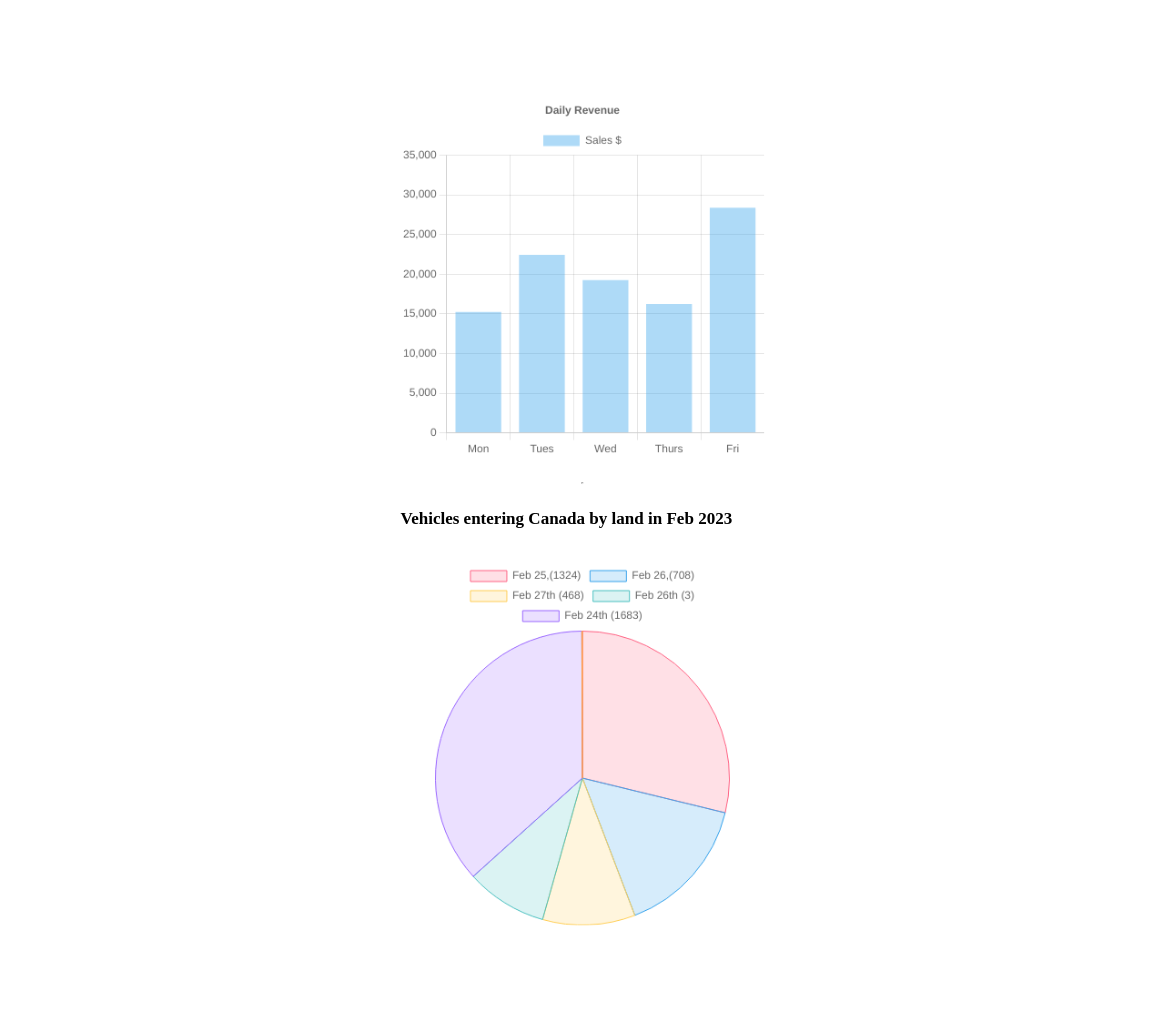
Repository: anoncoderin/dcd-charts-11week
Page: /
These files come from the project's save history. The page is drawn as it stood at one moment and after a run of saves; the edit follows.
The browser window is 1280 px wide. The pictures show the whole page, at 91% of full size.
The project was rebuilt for these pictures with package versions that can differ from the ones it lists, and the page was loaded fresh each time. The framework's server and built-in components were replaced by stand-ins that run in the browser. Also part of the build but not shown: next.config.js.

Above is the page before, as saved 2023-03-24 23:13:31.

### pages/index.js
import Head from 'next/head'
import Image from 'next/image'
import styles from '@/styles/Home.module.css'
import BarChart from '@/components/BarChart'
import PieChart from '@/components/PieChart'

export default function Home() {
  return (
    <>
      <Head>
        <title>Create Next App</title>
        <meta name="description" content="Generated by create next app" />
        <meta name="viewport" content="width=device-width, initial-scale=1" />
        <link rel="icon" href="/favicon.ico" />
      </Head>
      <main className={styles.main}>
        <BarChart/>
        <br></br>
        <hr></hr>
      <div>
        <h3>Vehicles entering Canada by land in Feb 2023</h3>
        <br></br>
        <PieChart/>
        </div>
      </main>
    </>
  )
}

### components/BarChart/index.js
import { useState, useEffect } from "react"
import styles from './BarChart.module.css'

import { Bar } from 'react-chartjs-2';
import {
    Chart as ChartJS,
    CategoryScale,
    LinearScale,
    BarElement,
    Title,
    Tooltip,
    Legend
} from 'chart.js'

ChartJS.register(
    CategoryScale,
    LinearScale,
    BarElement,
    Title,
    Tooltip,
    Legend
)

export default function BarChart() {

    const [chartData, setChartData] = useState({
        datasets: []
    })

    const [chartOptions, setChartOptions] = useState({})

    useEffect(() => {
        setChartData({
            labels: ['Mon', 'Tues', 'Wed', 'Thurs', 'Fri' ],
            datasets: [
                {
                    label: 'Sales $',
                    data: [15234, 22432, 19245, 16243, 28356, 14235, 31000],
                    borderColor: 'rgb(53, 162, 235)',
                    backgroundColor: 'rgb(53, 162, 235, 0.4)'
                }
            ]
        })

        setChartOptions({
            plugins: {
                legend: {
                    position: 'top'
                },
                title: {
                    display: true,
                    text: "Daily Revenue"
                }
            },
            maintainAspectRatio: false,
            responsive: true
        })
    }, [])

    return(
        <>
            <div className={styles.container}>
                <Bar data={chartData} options={chartOptions}/>
            </div>
        </>
    )
}

### components/PieChart/index.js
import { useState, useEffect } from "react";
import styles from "./PieChart.module.css";

import { Pie } from "react-chartjs-2";
import {
    Chart as ChartJS,
    ArcElement,
    Tooltip,
    Legend }
    from "chart.js";

ChartJS.register(ArcElement,
    Tooltip,
    Legend)


export default function PieChart() {
const data = {
  labels: ["Feb 25,(1324)", "Feb 26,(708)", "Feb 27th (468)", "Feb 26th (3)", "Feb 24th (1683)"],
  datasets: [
    {
      label: "# of Votes",
      data: [1324, 708, 468, 412, 1683, 3],
      backgroundColor: [
        "rgba(255, 99, 132, 0.2)",
        "rgba(54, 162, 235, 0.2)",
        "rgba(255, 206, 86, 0.2)",
        "rgba(75, 192, 192, 0.2)",
        "rgba(153, 102, 255, 0.2)",
        "rgba(255, 159, 64, 0.2)",
      ],
      borderColor: [
        "rgba(255, 99, 132, 1)",
        "rgba(54, 162, 235, 1)",
        "rgba(255, 206, 86, 1)",
        "rgba(75, 192, 192, 1)",
        "rgba(153, 102, 255, 1)",
        "rgba(255, 159, 64, 1)",
      ],
      borderWidth: 1,
    },
  ],
};


return(
    <>
        <div className={styles.container}>
            <Pie data= {data}/>
        </div>
    </>
)
}

### components/BarChart/BarChart.module.css
.container {
    width: 400px;
    height: 400px;
}

### components/PieChart/PieChart.module.css
.container {
    width: 400px;
    height: 400px;
}

Loaded but not shown: pages/_app.js (common file); pages/_document.js (common file); styles/Home.module.css (common file); styles/globals.css (no stored copy; drawn as an empty file)

After the next 2 saves:
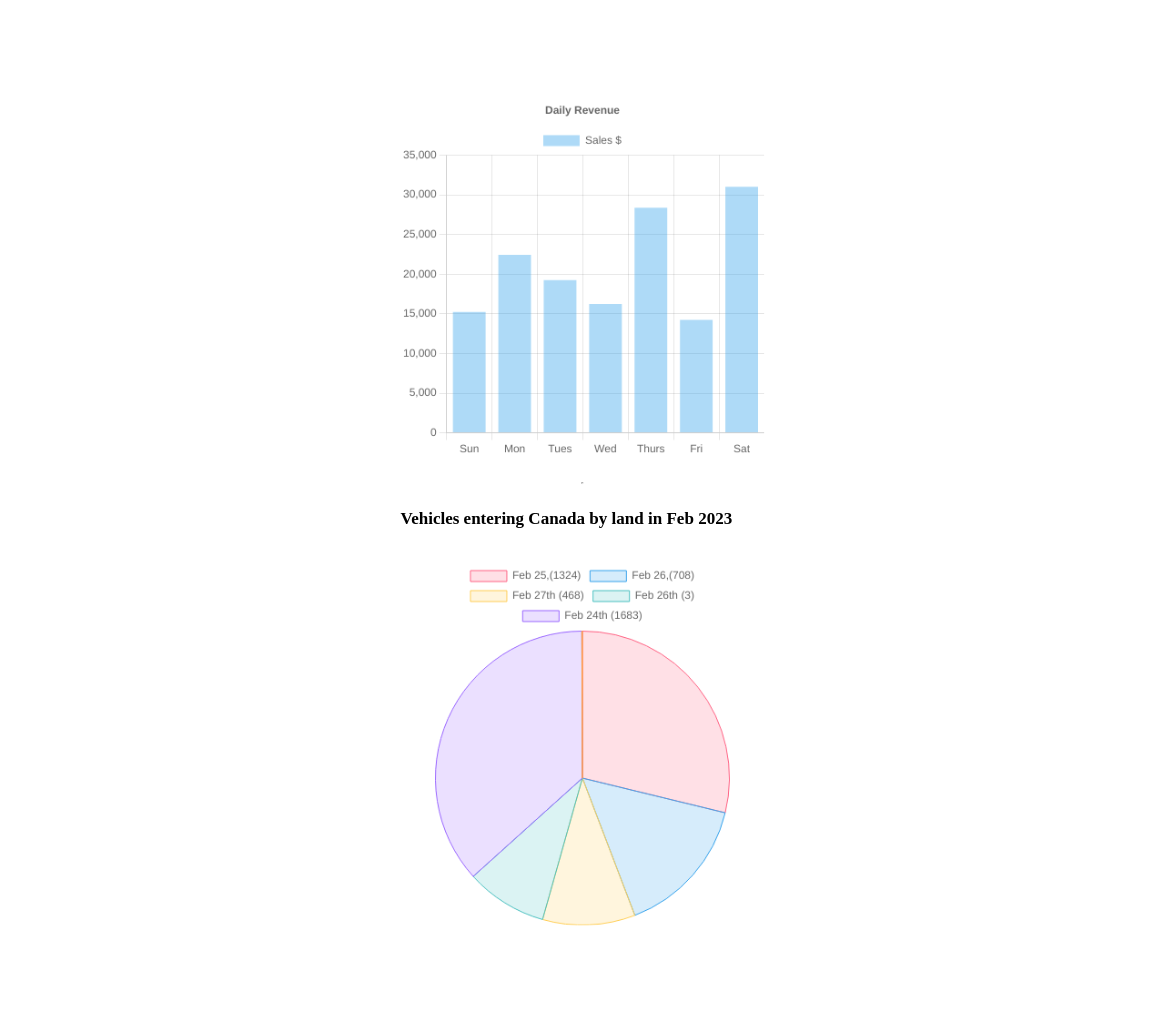
The 2 saves are shown as one change because they came seconds apart.
The last was saved 10 s later.
--- a/components/BarChart/index.js
+++ b/components/BarChart/index.js
@@ -31,7 +31,7 @@ export default function BarChart() {
 
     useEffect(() => {
         setChartData({
-            labels: ['Mon', 'Tues', 'Wed', 'Thurs', 'Fri' ],
+            labels: ['Sun', 'Mon', 'Tues', 'Wed', 'Thurs', 'Fri', 'Sat'],
             datasets: [
                 {
                     label: 'Sales $',
